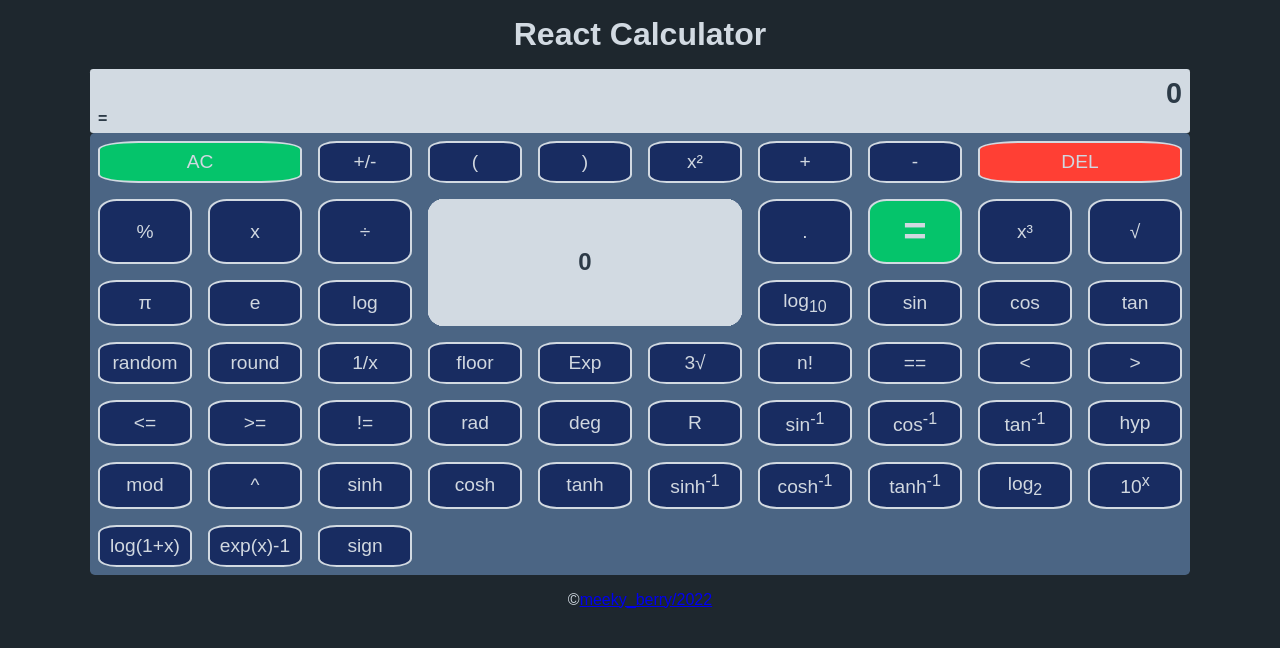
Repository: MikkyPrestige/calculator
Page: /
An editor plug-in stored every save of this project. The page is shown before and after the next save, followed by the edit.
The browser window is 1280 px wide. The pictures show the whole page.
The project was rebuilt for these pictures with package versions that can differ from the ones it lists, and the page was loaded fresh each time.

Above is the page before, as saved 2022-11-17 21:43:49.

After the next save:
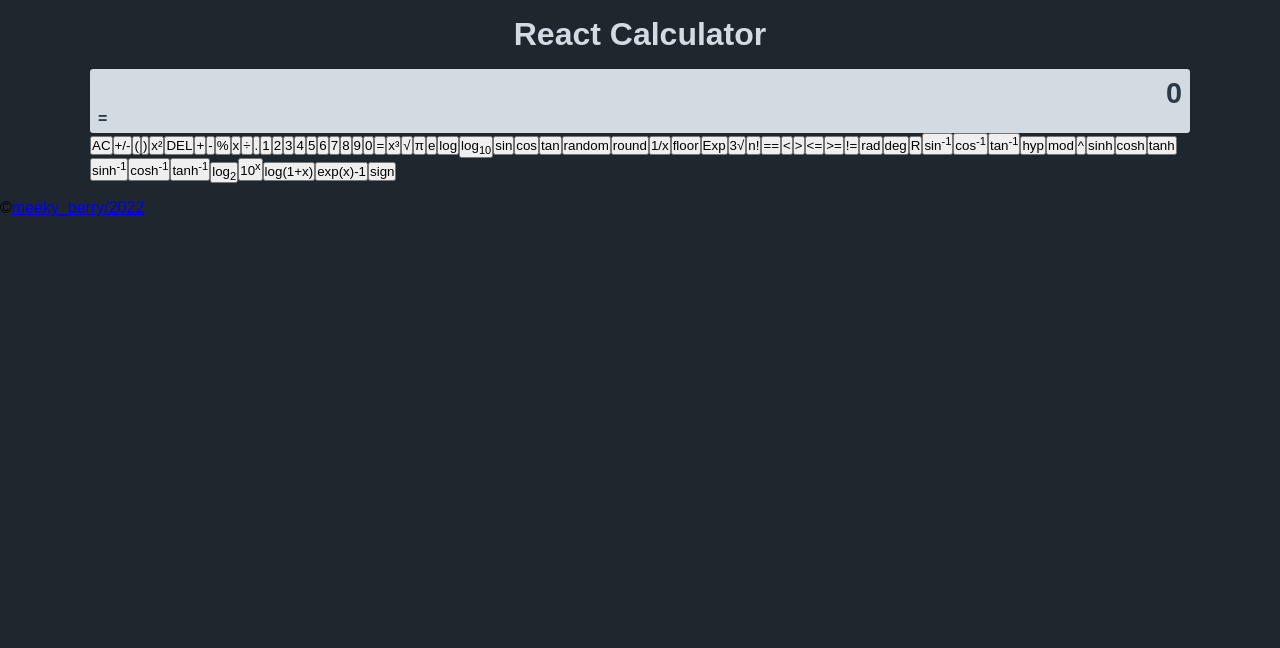
Saved 94 s later.
--- a/src/index.css
+++ b/src/index.css
@@ -47,7 +47,7 @@ body {
  font-weight: 700;
 }
 
-.operators {
+/* .operators {
  display: grid;
  grid-template-columns: repeat(10, 1fr);
  grid-gap: 1rem;
@@ -161,7 +161,7 @@ body {
 .zero {
  /* grid-row: 6; */
  /* grid-column: 5; */
-}
+} */
 
 .attribution {
   color: #d2dae2;
